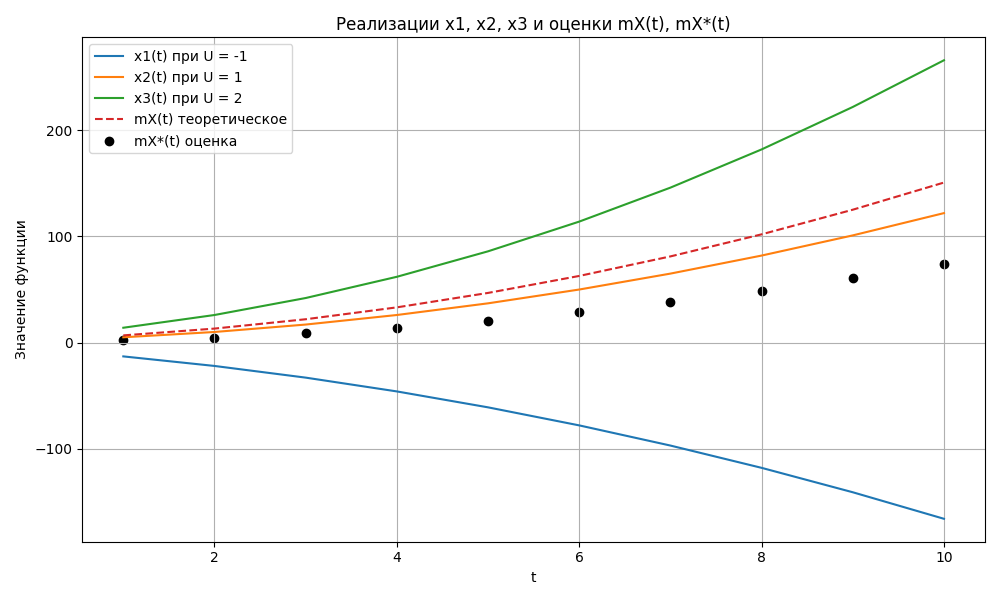
Repository: limaKKG/efficient-dl-systems
Script's output: python week03_fast_pipelines/homework/hfhf.py
An editor plug-in stored every save of this project. The script's output is shown before and after the next save, followed by the edit.
Random numbers start from a fixed seed.

Above is the script's output before, as saved 2025-11-24 16:12:10.

After the next save:
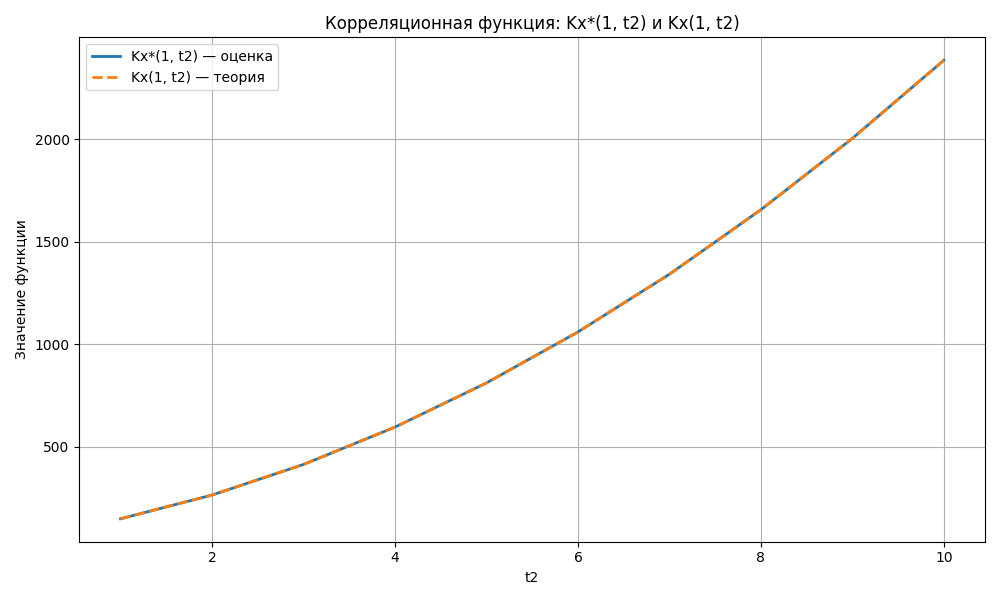
Saved 20 min 36 s later.
--- a/week03_fast_pipelines/homework/hfhf.py
+++ b/week03_fast_pipelines/homework/hfhf.py
@@ -1,40 +1,23 @@
 import numpy as np
 import matplotlib.pyplot as plt
 
-# Функция процесса
-def X(U, t):
-    return U*(t+2)**2 - 2*t - 2
+# точки
+t2 = np.arange(1, 11)
 
-t = np.arange(1, 11)
+# оценка корреляционной функции
+Kx_star = 16.56 * (t2 + 2)**2
 
-# Реализации
-x1 = X(-1, t)
-x2 = X(1, t)
-x3 = X(2, t)
+# теоретическая корреляционная функция
+Kx = 1.84 * (1 + 2)**2 * (t2 + 2)**2  # (1+2)^2 = 9
 
-# Оценка математического ожидания
-mx_est = (x1 + x2 + x3) / 3
+plt.figure(figsize=(10, 6))
 
-# Теоретическое математическое ожидание
-M_U = 1.2  # Мы его ранее вычислили: M[U] = 1.2
-mx = M_U*(t+2)**2 - 2*t - 2
+plt.plot(t2, Kx_star, label="Kx*(1, t2) — оценка", linewidth=2)
+plt.plot(t2, Kx, label="Kx(1, t2) — теория", linestyle="--", linewidth=2)
 
-plt.figure(figsize=(10,6))
-
-# Графики реализаций
-plt.plot(t, x1, label='x1(t) при U = -1')
-plt.plot(t, x2, label='x2(t) при U = 1')
-plt.plot(t, x3, label='x3(t) при U = 2')
-
-# Теоретическое мат.ожидание — штрихованное
-plt.plot(t, mx, linestyle='--', label='mX(t) теоретическое')
-
-# Оценка мат.ожидания — точки
-plt.scatter(t, mx_est, color='black', label='mX*(t) оценка')
-
-plt.xlabel('t')
-plt.ylabel('Значение функции')
-plt.title('Реализации x1, x2, x3 и оценки mX(t), mX*(t)')
+plt.title("Корреляционная функция: Kx*(1, t2) и Kx(1, t2)")
+plt.xlabel("t2")
+plt.ylabel("Значение функции")
 plt.grid(True)
 plt.legend()
 plt.tight_layout()
